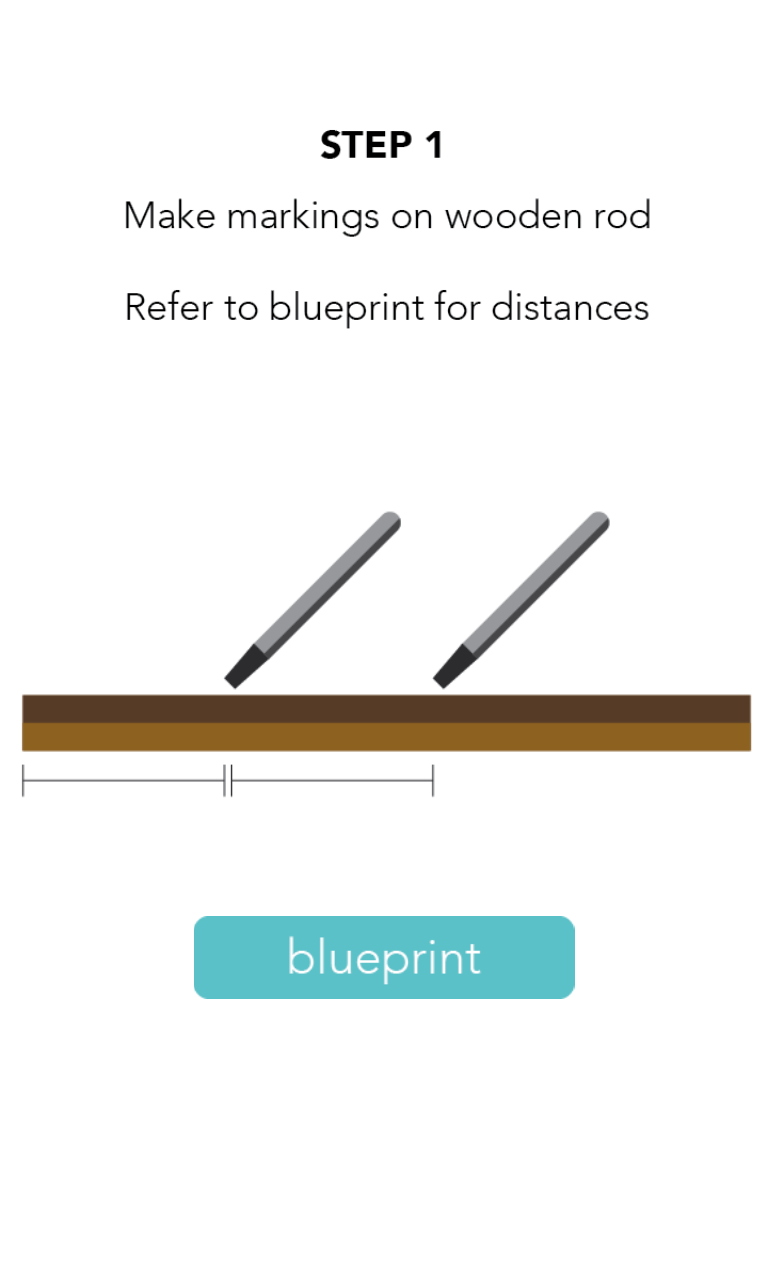
Repository: sbobhate/Android-Applications
Layout: EWBProject/res/layout/fragment_page2.xml
An editor plug-in stored every save of this project. The layout is shown before and after the next save, followed by the edit.
It is drawn on a 768 x 1280 px phone screen (xhdpi) without system bars, with theme AppTheme; the app's code is not run.

Above is the layout before, as saved 2014-02-22 02:10:25.

After the next save:
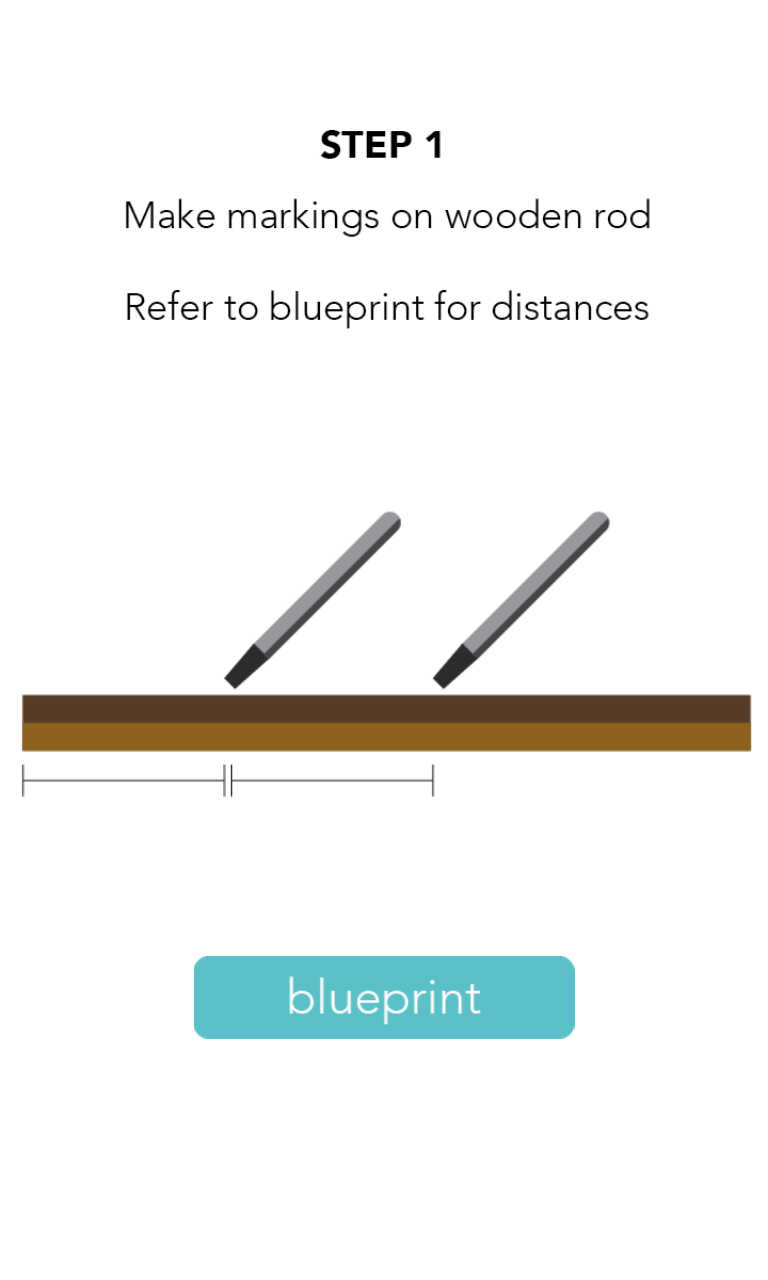
Saved 33 s later.
--- a/EWBProject/res/layout/fragment_page2.xml
+++ b/EWBProject/res/layout/fragment_page2.xml
@@ -29,7 +29,7 @@
         android:layout_width="fill_parent"
         android:layout_height="wrap_content"
         android:layout_below="@+id/step1"
-        android:layout_marginTop="50dp"
+        android:layout_marginTop="70dp"
         />
 
 </RelativeLayout>
